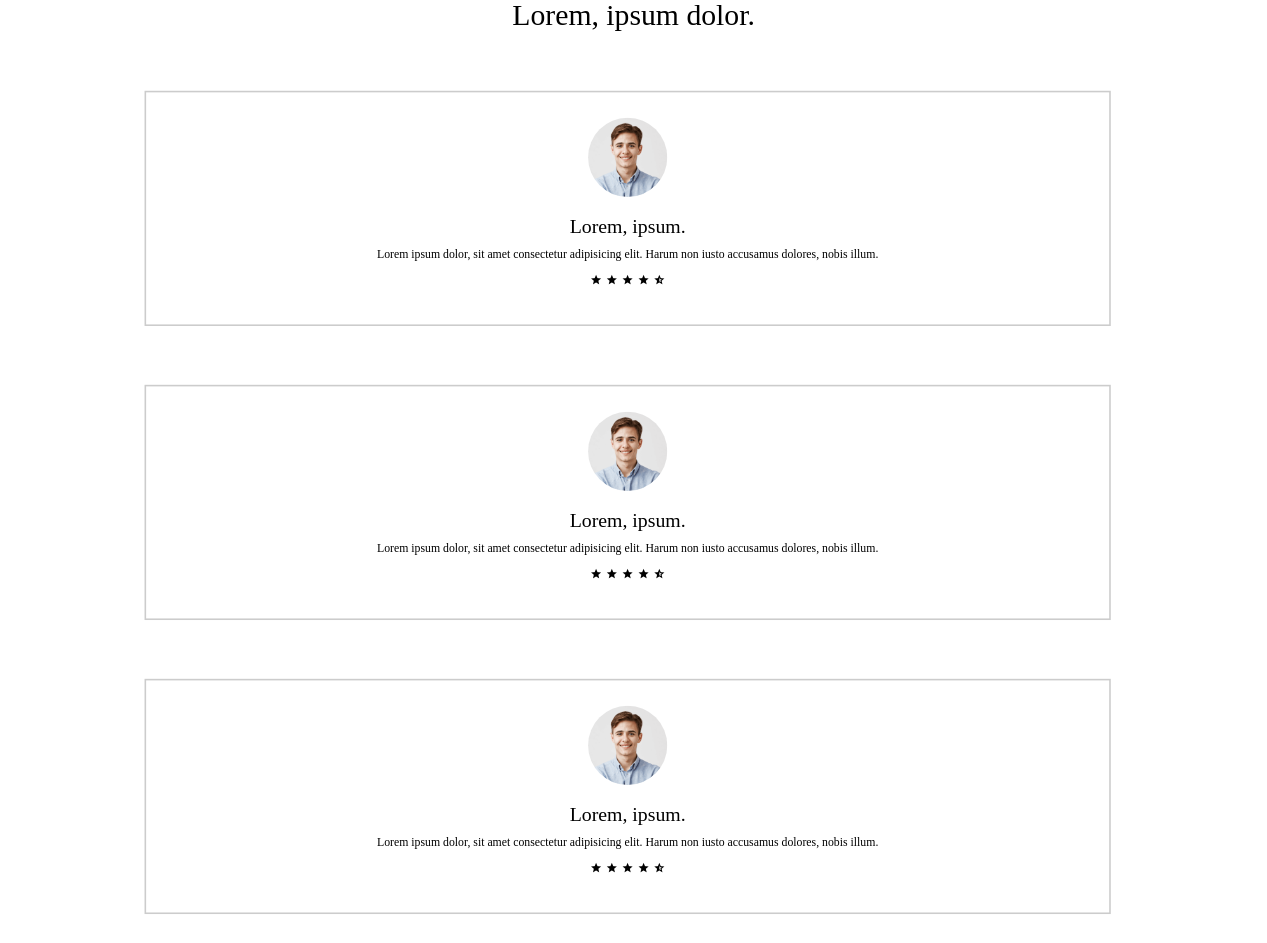
Repository: dinhhaidh/slider-3
Page: index.html
These files come from the project's save history. The page is drawn as it stood at one moment and after the next save; the edit follows.
The browser window is 1280 px wide. The pictures show the whole page, at 99% of full size.

Above is the page before, as saved 2024-03-22 21:57:07.

After the next save:
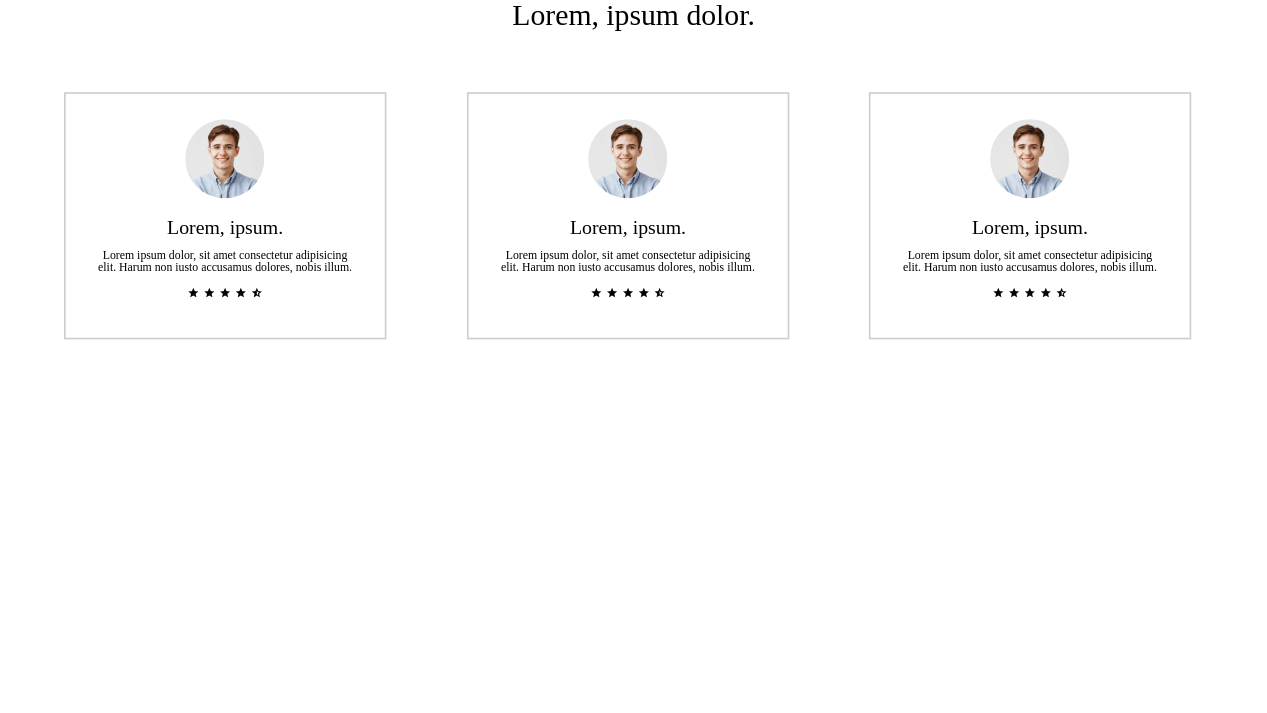
Saved 7 s later.
--- a/index.html
+++ b/index.html
@@ -19,7 +19,7 @@
 
         <div class="new__container container">
             <div class="new__swiper swiper">
-                <div >
+                <div  class="swiper-wrapper">
                     <article class="new__card new__article ">
                         <img src="./img1.png" alt="" class="new__img">
                         <h3 class="new__subtitle">
